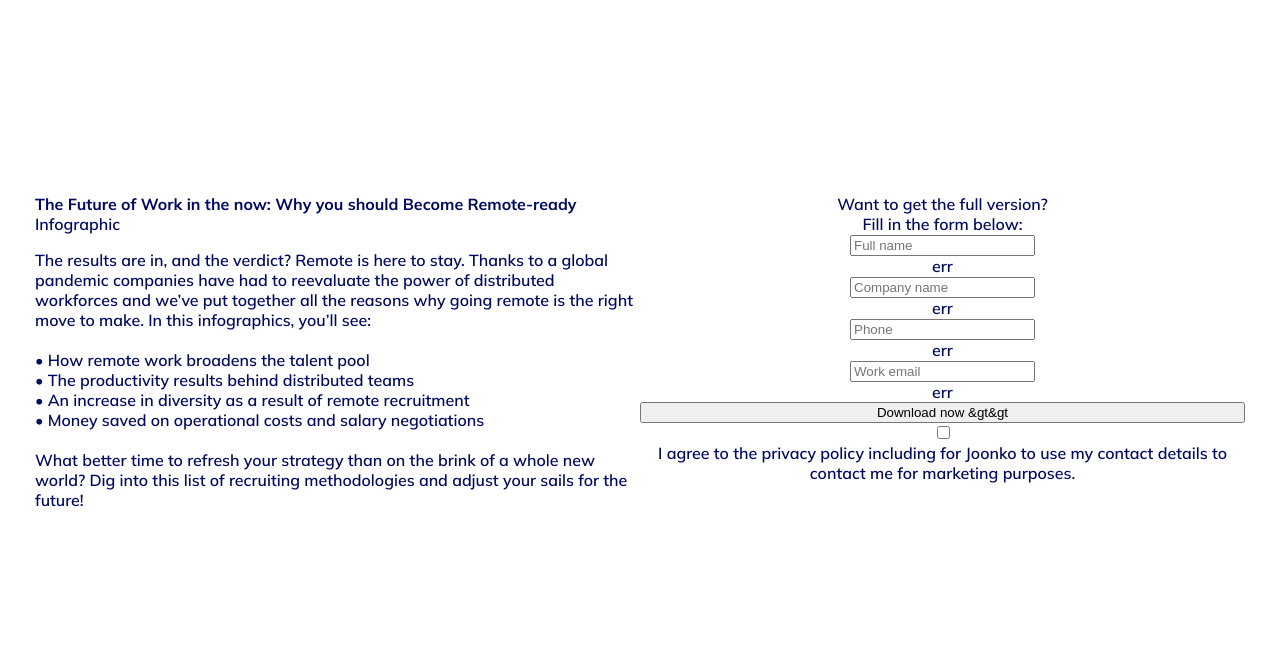
Repository: zivmorad/joonko-form
Page: /
An editor plug-in stored every save of this project. The page is shown before and after the next save, followed by the edit.
The browser window is 1280 px wide. The pictures show the whole page.
The project was rebuilt for these pictures with package versions that can differ from the ones it lists, and the page was loaded fresh each time.

Above is the page before, as saved 2021-08-03 10:59:45.

After the next save:
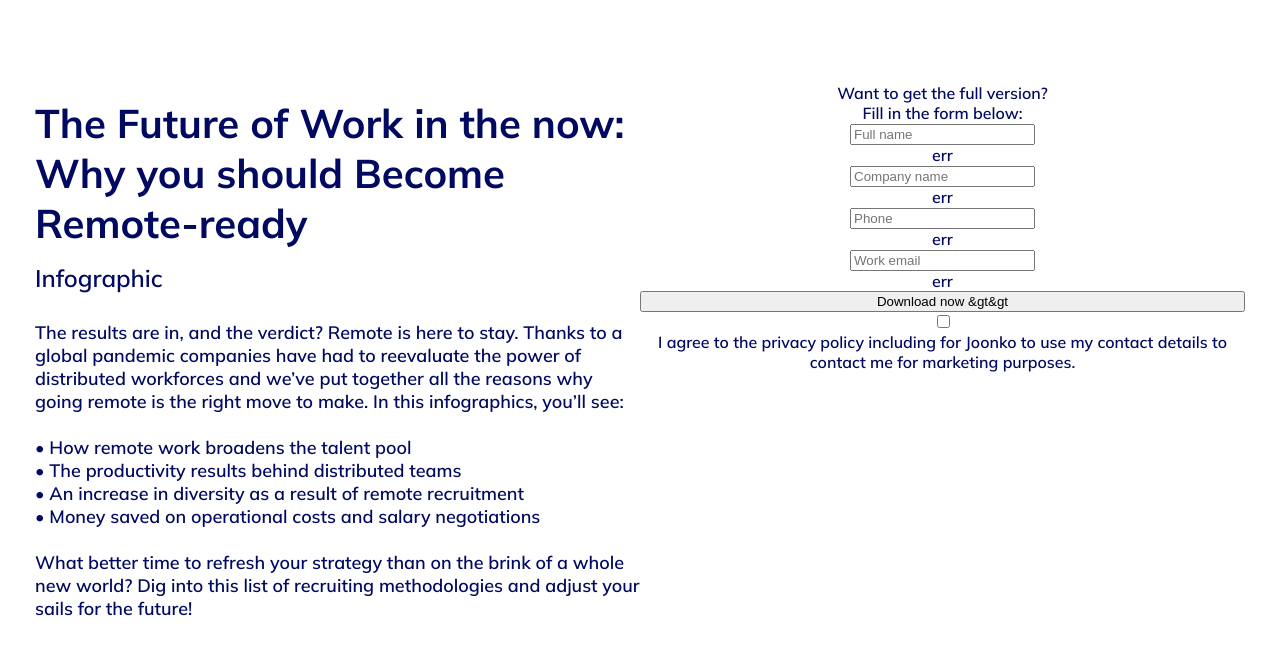
Saved 5 min 7 s later.
--- a/src/App.scss
+++ b/src/App.scss
@@ -48,6 +48,15 @@ body {
 			width: 50%;
 			text-align: left;
 			.title {
+				font-size: 40px;
+				margin: 15px 0px;
+			}
+			.sub-title {
+				font-size: 24px;
+				margin-bottom: 10px;
+			}
+			.details-text {
+				font-size: 18px;
 			}
 		}
 		.form-section {
